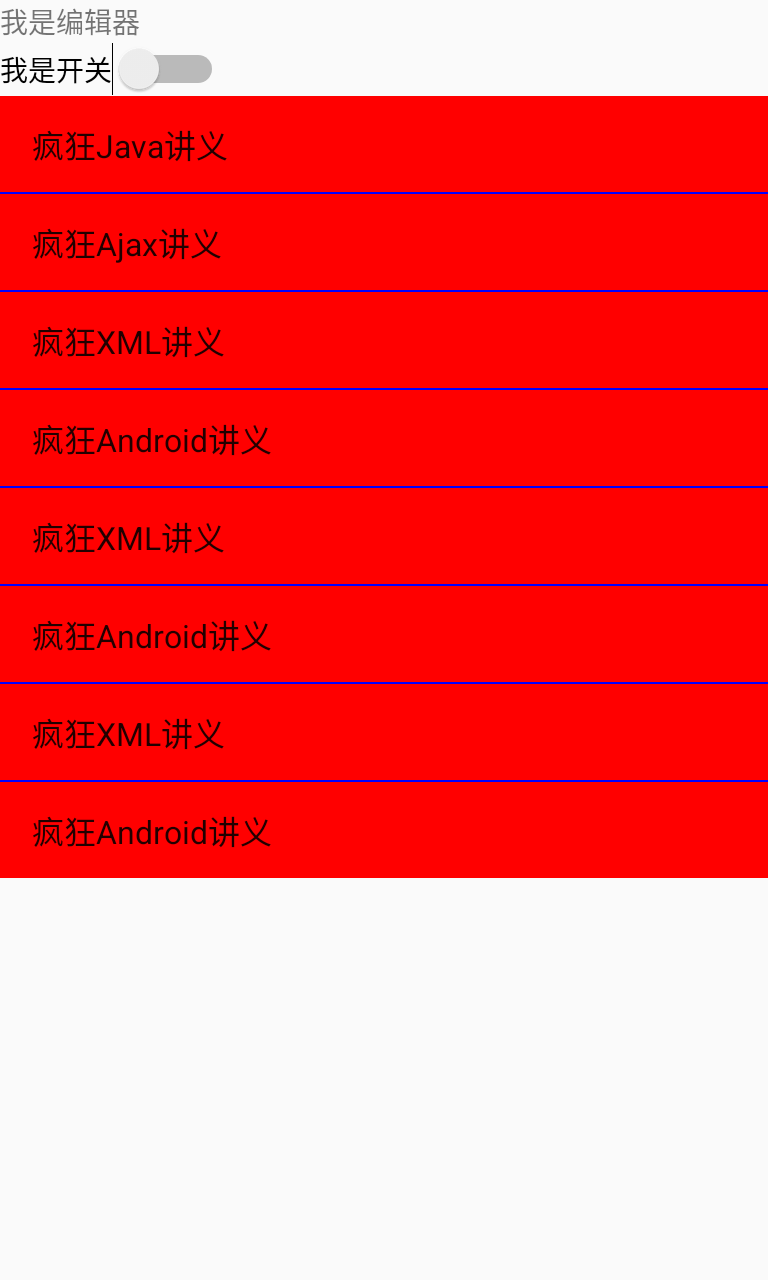
Repository: BingoBinBingo/androidWorkPlace
Layout: firstAndroid/res/layout/activity_main.xml
An editor plug-in stored every save of this project. The layout is shown before and after the next save, followed by the edit.
It is drawn on a 768 x 1280 px phone screen (xhdpi) without system bars, with theme AppTheme; the app's code is not run. Lists and similar views that code fills are empty.

Above is the layout before, as saved 2015-08-26 09:37:06.

### firstAndroid/res/layout/activity_main.xml
<?xml version="1.0" encoding="utf-8"?>
<LinearLayout xmlns:android="http://schemas.android.com/apk/res/android"
    android:layout_width="match_parent"
    android:layout_height="match_parent"
    android:orientation="vertical" >

    <TextView
        android:id="@+id/myEdit"
        android:text="@string/editTextContent"
        android:layout_height="wrap_content"
        android:layout_width="match_parent"
        />
	<Switch
	    android:id="@+id/mySwi"
	    android:layout_height="wrap_content"
	    android:layout_width="wrap_content"
	    android:text="我是开关"
	    />
	<ListView
	    android:id="@+id/myList"
	    android:layout_width="match_parent"
	    android:layout_height="wrap_content"
	    android:entries="@array/books"
	    android:divider="#0000FF"
	    android:dividerHeight="2px"
	    android:background="#FF0000"

	    android:headerDividersEnabled="false"
	    />

</LinearLayout>

### firstAndroid/res/values/strings.xml
<?xml version="1.0" encoding="utf-8"?>
<resources>
    <string name="app_name">firstAndroid</string>
    <string name="hello_world">Hello world!  --- To Chen huan huan</string>
    <string name="action_settings">Settings</string>
    <string name="huangbinbtn">黄彬的按钮</string>
    <string name="editTextContent">我是编辑器</string>
</resources>

### firstAndroid/res/values/arrays.xml
<?xml version="1.0" encoding="utf-8"?>
<resources>
	<string-array name = "books" >
		<item>疯狂Java讲义</item>
		<item>疯狂Ajax讲义</item>
		<item>疯狂XML讲义</item>
		<item>疯狂Android讲义</item>
		<item>疯狂XML讲义</item>
		<item>疯狂Android讲义</item>
		<item>疯狂XML讲义</item>
		<item>疯狂Android讲义</item>
	</string-array>
</resources>

Loaded but not shown: firstAndroid/res/values/styles.xml (common file); firstAndroid/res/values-v11/styles.xml (common file); firstAndroid/res/values-v14/styles.xml (common file)

After the next save:
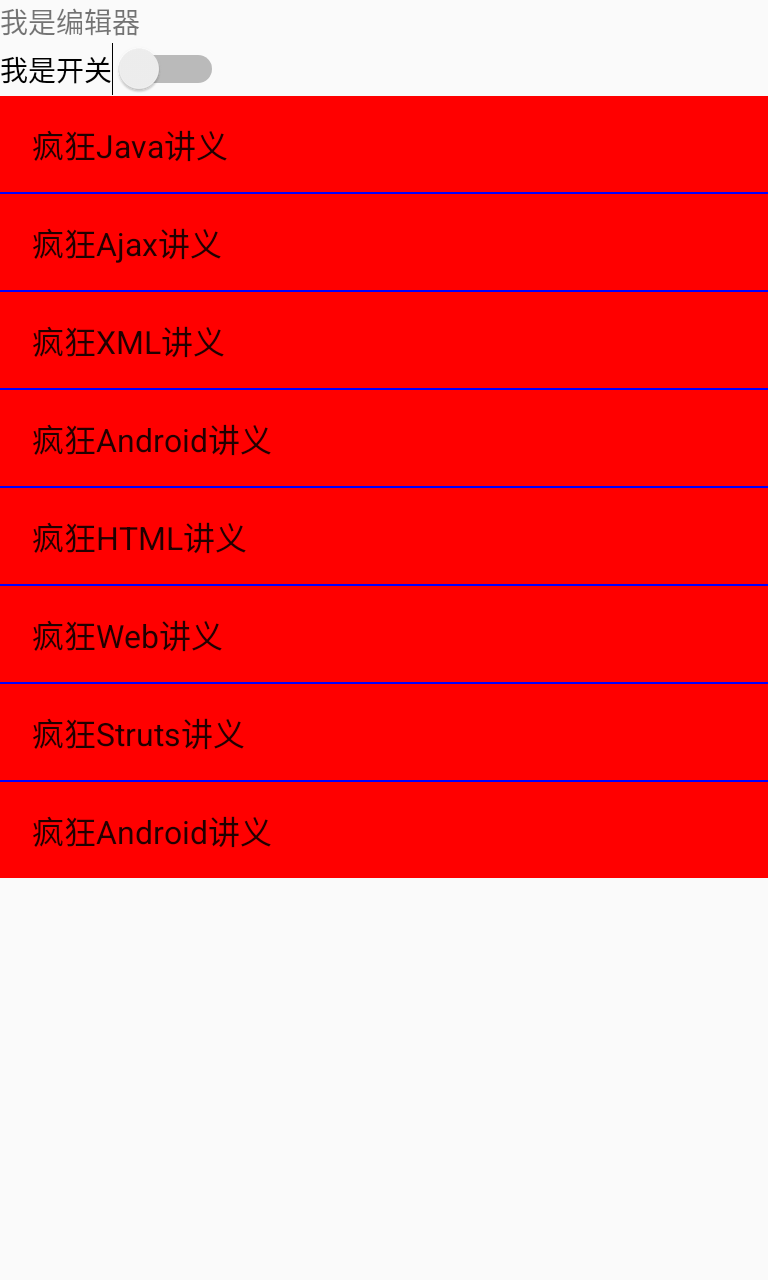
Saved 25 s later.
--- a/firstAndroid/res/values/arrays.xml
+++ b/firstAndroid/res/values/arrays.xml
@@ -5,9 +5,9 @@
 		<item>疯狂Ajax讲义</item>
 		<item>疯狂XML讲义</item>
 		<item>疯狂Android讲义</item>
-		<item>疯狂XML讲义</item>
-		<item>疯狂Android讲义</item>
-		<item>疯狂XML讲义</item>
+		<item>疯狂HTML讲义</item>
+		<item>疯狂Web讲义</item>
+		<item>疯狂Struts讲义</item>
 		<item>疯狂Android讲义</item>
 	</string-array>
 </resources>
